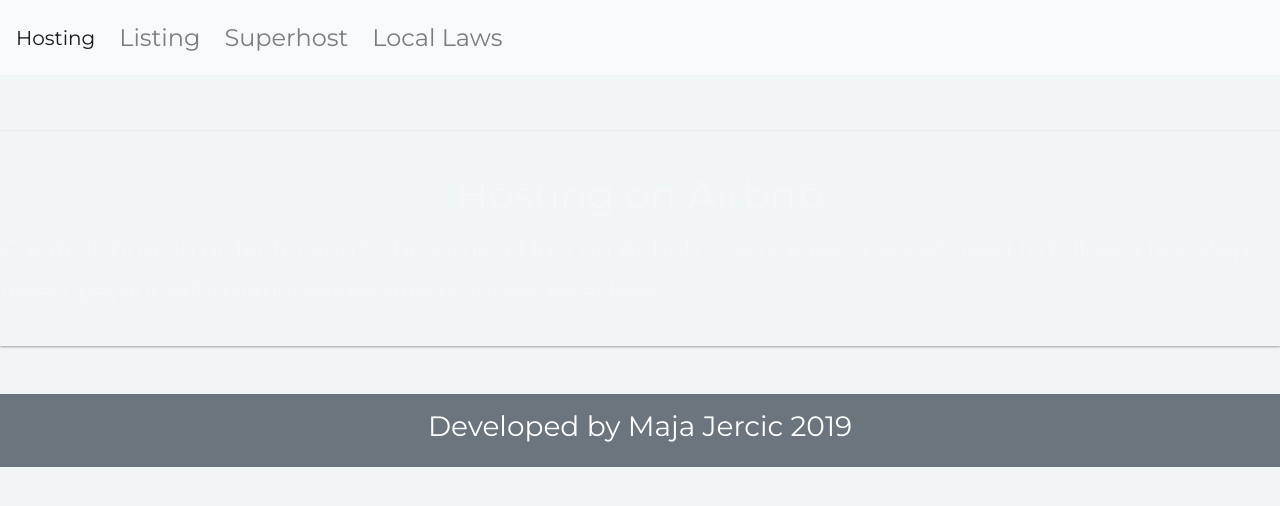
Repository: Maja-Jer/Hosting-on-Airbnb
Page: index.html
The author's editor kept a record of every edit. The page is drawn from the files as they stood at one moment, then again after the next edit.
The browser window is 1280 px wide. The pictures show the whole page.
Some web libraries are served in a nearby version.

Above is the page before.
Console error: TypeError: Cannot read properties of undefined (reading 'fn')

### index.html
<!DOCTYPE html>
<html lang="en">

<head>
    <meta charset="UTF-8">
    <meta name="viewport" content="width=device-width, initial-scale=1">
    <meta http-equiv="X-UA-Compatible" content="ie=edge">
    <link rel="stylesheet" href="https://stackpath.bootstrapcdn.com/bootstrap/4.3.1/css/bootstrap.min.css" integrity="sha384-ggOyR0iXCbMQv3Xipma34MD+dH/1fQ784/j6cY/iJTQUOhcWr7x9JvoRxT2MZw1T" crossorigin="anonymous">
    <script src="https://stackpath.bootstrapcdn.com/bootstrap/4.3.1/js/bootstrap.min.js" integrity="sha384-JjSmVgyd0p3pXB1rRibZUAYoIIy6OrQ6VrjIEaFf/nJGzIxFDsf4x0xIM+B07jRM" crossorigin="anonymous"></script>
    <link rel="stylesheet" href="https://use.fontawesome.com/releases/v5.6.1/css/all.css" integrity="sha384-gfdkjb5BdAXd+lj+gudLWI+BXq4IuLW5IT+brZEZsLFm++aCMlF1V92rMkPaX4PP" crossorigin="anonymous">
    <link href="https://fonts.googleapis.com/css?family=Montserrat" rel="stylesheet">
    <link rel="stylesheet" href="style.css" type="text/css" />
    <title>Hosting on Airbnb</title>
</head>

<body>

    <!---------------Navgation-------->
    <nav class="navbar navbar-light bg-light navbar-expand-sm">
         <a href="/" class="navbar-brand">Hosting</a>

        <!---------------Dropdown menu-------->
        <button class="navbar-toggler ml-auto" type="button" data-toggle="collapse" data-target="#navbarNavDropdown" aria-controls="navbarNavDropdown" aria-expanded="false" aria-label="Toggle navigation">
        <span class="navbar-toggler-icon"></span></button>

        <div class="collapse navbar-collapse" id="navbarNavDropdown">
            <ul class="navbar-nav mr-auto">
                <li class="nav-item mr-2"><a class="nav-link" href="#listing">Listing</a></li>
                <li class="nav-item mr-2"><a class="nav-link" href="#superhost">Superhost</a></li>
                <li class="nav-item mr-2"><a class="nav-link" href="#local-laws">Local Laws</a></li>

            </ul>
        </div>

    </nav>


<main>
    <section class= "wrapper">
        <div class="container-fluid p-0">
            <div class="row justify-content-center">
                <header>
                    <h1 class="text-center mt-4">Hosting on Airbnb</h1>
                </header>
                <ul>
                    In order for you to become a Host on Airbnb is very easy, you just need to follow a few steps:
                    <li>Create listing</li>
                    <li>Insert payout information</li>
                    <li>Make sure to follow local laws</li>
                </ul>
            </div>
        </div>

    </section>



</main>
<footer class= "bg-secondary mt-5 p-3">
    <div class= "container-fluid">
        <div class= "col-12 text-white">
            <h3>Developed by Maja Jercic 2019</h3>
        </div>
    </div>

</footer>




    <script src="https://code.jquery.com/jquery-3.3.1.slim.min.js" integrity="sha384-q8i/X+965DzO0rT7abK41JStQIAqVgRVzpbzo5smXKp4YfRvH+8abtTE1Pi6jizo" crossorigin="anonymous"></script>
    <script src="https://cdnjs.cloudflare.com/ajax/libs/popper.js/1.14.7/umd/popper.min.js" integrity="sha384-UO2eT0CpHqdSJQ6hJty5KVphtPhzWj9WO1clHTMGa3JDZwrnQq4sF86dIHNDz0W1" crossorigin="anonymous"></script>

    </div>
    </main>
    <script src="https://stackpath.bootstrapcdn.com/bootstrap/4.3.1/js/bootstrap.min.js" integrity="sha384-JjSmVgyd0p3pXB1rRibZUAYoIIy6OrQ6VrjIEaFf/nJGzIxFDsf4x0xIM+B07jRM" crossorigin="anonymous"></script>



</body>

</html>

### style.css
article, aside, figcaption, figure, footer, header, hgroup, main, nav, section {
    display: block;
}

body {
  font: 20px Montserrat, sans-serif;
  line-height: 1.8;
  color: #f5f6f7;
  background-color: #f0f5f5;
  text-align: center;
  font-weight: 400;

}

/*----------------------- header*/

head {
  font-family: 'Roboto', sans-serif;
}



/*----------------------navigation bar*/

ul {
  list-style-type: none;
  margin: 0;
  padding: 0;
  overflow: hidden;
  font-weight: normal;
  font-size: 24px;
}

li {
  float: left;
}

navbar {
  color: #FF5A5F;

}

li a {
  display: block;
  color: white;
  text-align: center;
  padding: 14px 16px;
  text-decoration: none;

}

li a:hover {
  background-color: #FF5A5F;
  color: white;
  text-decoration: none;
  font-weight: bold;
}

/*---------------------end of navigation bar*/


/*---------------------main*/
.wrapper {
    padding: 1rem 1rem 2rem 1rem;
    -webkit-box-shadow: 0 1px 3px rgba(0, 0, 0, 0.12), 0 1px 2px rgba(0, 0, 0, 0.24);
    box-shadow: 0 1px 3px rgba(0, 0, 0, 0.12), 0 1px 2px rgba(0, 0, 0, 0.24);
    margin-top: 56px;
}

.p-0 {
    padding: 0!important;
}

.container-fluid {
    width: 100%;
    padding-right: 15px;
    padding-left: 15px;
    margin-right: auto;
    margin-left: auto;
}

.row {
    margin: 0;
}

.justify-content-center {
    -ms-flex-pack: center!important;
    justify-content: center!important;
}

.row {
    display: -ms-flexbox;
    display: flex;
    -ms-flex-wrap: wrap;
    flex-wrap: wrap;
    margin-right: -15px;
    margin-left: -15px;
}

.text-left {
    text-align: left!important;
}

.p-0 {
    padding: 0!important;
}

.col-12 {
    -ms-flex: 0 0 100%;
    flex: 0 0 100%;
    max-width: 100%;
}

.intro {
    font: #808080;
    font-size: 2em;
}


/*---------------------footer*/

.p-3 {
    padding: 1rem!important;
}

.mt-5, .my-5 {
    margin-top: 3rem!important;
}

After the next edit:
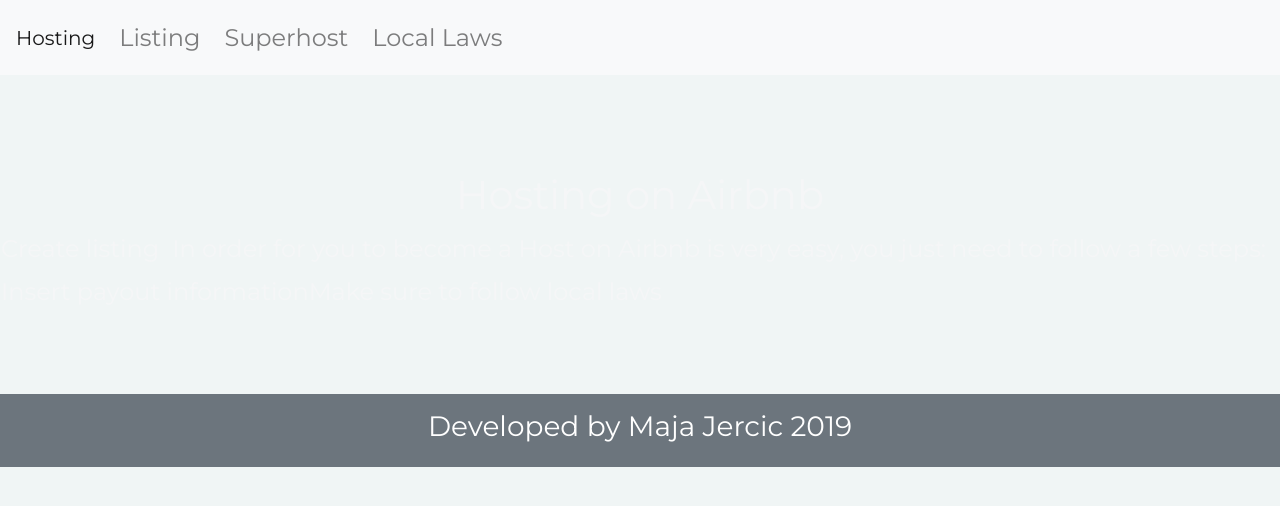
The edit:
--- a/style.css
+++ b/style.css
@@ -62,8 +62,6 @@
 /*---------------------main*/
 .wrapper {
     padding: 1rem 1rem 2rem 1rem;
-    -webkit-box-shadow: 0 1px 3px rgba(0, 0, 0, 0.12), 0 1px 2px rgba(0, 0, 0, 0.24);
-    box-shadow: 0 1px 3px rgba(0, 0, 0, 0.12), 0 1px 2px rgba(0, 0, 0, 0.24);
     margin-top: 56px;
 }
 
